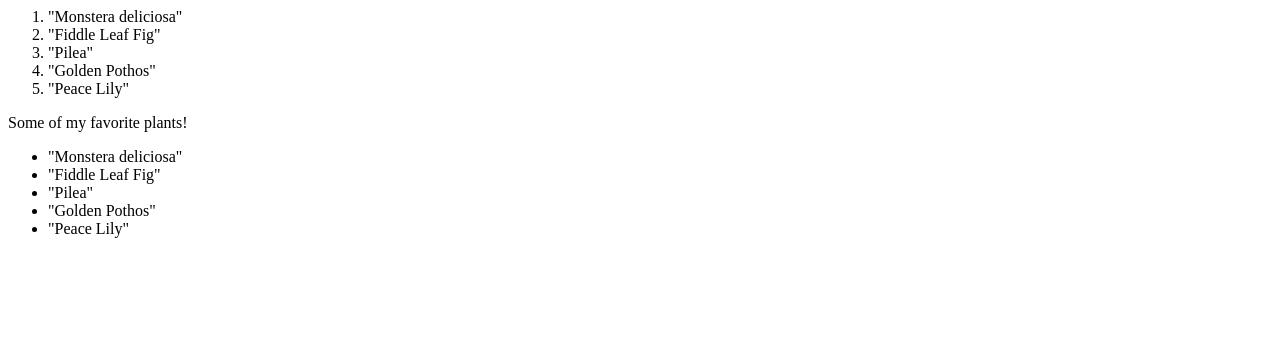
Repository: travinne/travthegr88
Page: development/code/phase-0/phase-0-html-experiencing-html-lab/my_list.html
The author's editor kept a copy of each file at every save. The page is drawn from the files as they stood at one save, then again after the next save.
The browser window is 1280 px wide. The pictures show the whole page.

Above is the page before, as saved 2025-02-28 23:54:35.

After the next save:
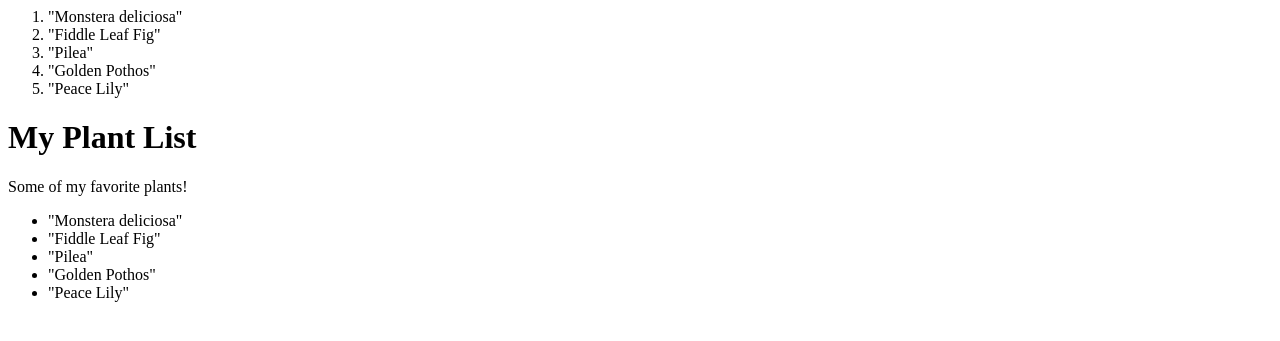
Saved 34 s later.
--- a/development/code/phase-0/phase-0-html-experiencing-html-lab/my_list.html
+++ b/development/code/phase-0/phase-0-html-experiencing-html-lab/my_list.html
@@ -6,6 +6,7 @@
 <li>"Peace Lily"</li>
 </ol>
 
+<h1>My Plant List</h1>
 
 <p>Some of my favorite plants!</p>
 <ul>
